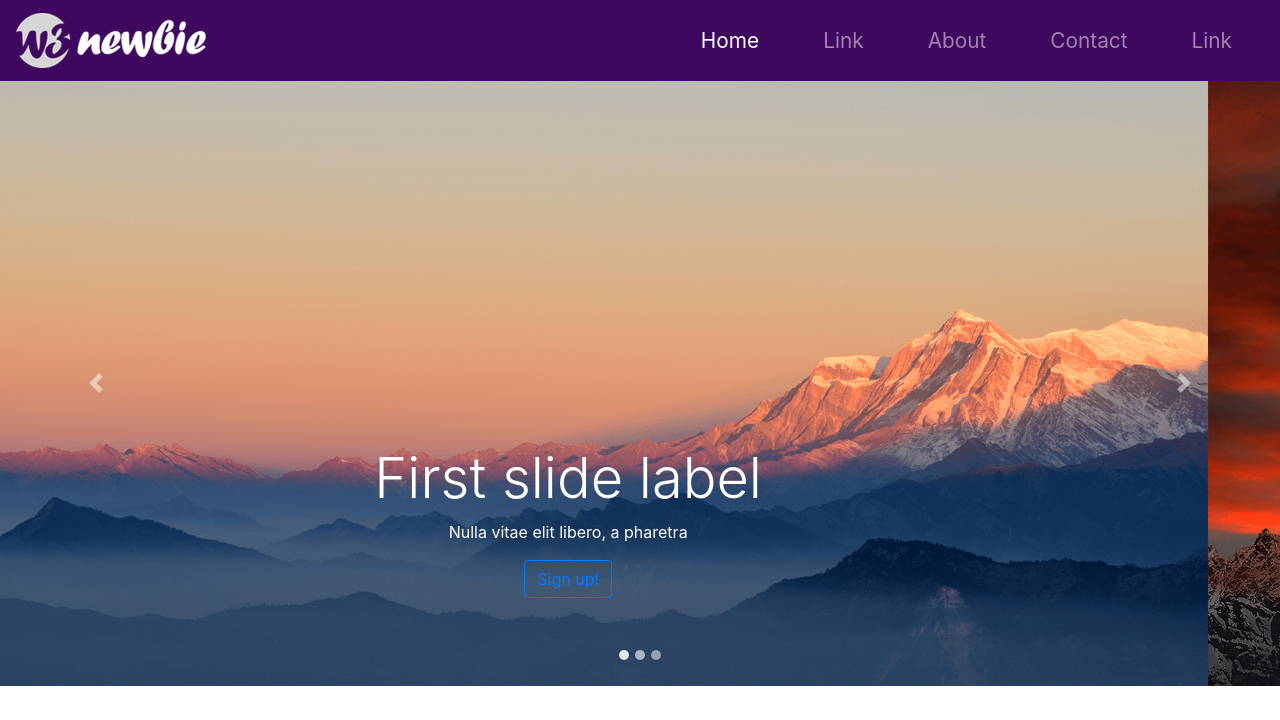
Repository: Mietlicha/bootstrap-project
Page: Bootstrap Website Files/index.html
These files come from the project's save history. The page is drawn as it stood at one moment and after the next save; the edit follows.
The browser window is 1280 px wide. The pictures show the whole page.

Above is the page before, as saved 2019-10-28 21:50:52.

### Bootstrap Website Files/index.html
<!DOCTYPE html>
<html lang="en">

<head>
  <title>Bootstrap Website Tutorial</title>
  <meta charset="utf-8">
  <meta name="viewport" content="width=device-width, initial-scale=1">
  <link rel="stylesheet" href="https://stackpath.bootstrapcdn.com/bootstrap/4.3.1/css/bootstrap.min.css"
    integrity="sha384-ggOyR0iXCbMQv3Xipma34MD+dH/1fQ784/j6cY/iJTQUOhcWr7x9JvoRxT2MZw1T" crossorigin="anonymous">
  <link rel="stylesheet" href="https://cdnjs.cloudflare.com/ajax/libs/font-awesome/4.7.0/css/font-awesome.min.css">
  <link rel="stylesheet" href="..//style.css">
</head>

<body>
  <!--Navbar-->
  <nav class="navbar navbar-expand-md navbar-dark bg-violet">
    <a class="navbar-brand" href="#"><img src="img/w3newbie.png" alt="logo"></a>
    <button class="navbar-toggler" type="button" data-toggle="collapse" data-target="#navbarSupportedContent"
      aria-controls="navbarSupportedContent" aria-expanded="false" aria-label="Toggle navigation">
      <span class="navbar-toggler-icon"></span>
    </button>

    <div class="collapse navbar-collapse" id="navbarSupportedContent">
      <ul class="navbar-nav ml-auto">
        <li class="nav-item active">
          <a class="nav-link" href="#">Home <span class="sr-only">(current)</span></a>
        </li>
        <li class="nav-item">
          <a class="nav-link" href="#">Link</a>
        </li>
        <li class="nav-item">
          <a class="nav-link" href="#">About</a>
        </li>
        <li class="nav-item">
          <a class="nav-link" href="#">Contact</a>
        </li>
        <li class="nav-item">
          <a class="nav-link" href="#">Link</a>
        </li>
      </ul>
    </div>
  </nav>

   <!--Slider-->
   <div id="carouselExampleIndicators" class="carousel slide" data-ride="carousel">
      <ol class="carousel-indicators">
        <li data-target="#carouselExampleIndicators" data-slide-to="0" class="active"></li>
        <li data-target="#carouselExampleIndicators" data-slide-to="1"></li>
        <li data-target="#carouselExampleIndicators" data-slide-to="2"></li>
      </ol>
      <div class="carousel-inner">
        <div class="carousel-item active">
          <img src="img/mountains.png" class="d-block w-100" alt="mountains">
          <div class="carousel-caption d-none d-md-block">
              <h1 class="display-4">First slide label</h1>
              <p>Nulla vitae elit libero, a pharetra</p>
              <button type="button" class="btn btn-outline-primary mb-5">Sign up!</button>
            </div>
        </div>
        <div class="carousel-item">
          <img src="img/red.png" class="d-block w-100" alt="dusk at mountains">
        </div>
        <div class="carousel-item">
          <img src="img/snow.png" class="d-block w-100" alt="snowy mountains">
        </div>
      </div>
      <a class="carousel-control-prev" href="#carouselExampleIndicators" role="button" data-slide="prev">
        <span class="carousel-control-prev-icon" aria-hidden="true"></span>
        <span class="sr-only">Previous</span>
      </a>
      <a class="carousel-control-next" href="#carouselExampleIndicators" role="button" data-slide="next">
        <span class="carousel-control-next-icon" aria-hidden="true"></span>
        <span class="sr-only">Next</span>
      </a>
    </div>

  <script src="https://code.jquery.com/jquery-3.3.1.slim.min.js"
    integrity="sha384-q8i/X+965DzO0rT7abK41JStQIAqVgRVzpbzo5smXKp4YfRvH+8abtTE1Pi6jizo"
    crossorigin="anonymous"></script>
  <script src="https://cdnjs.cloudflare.com/ajax/libs/popper.js/1.14.7/umd/popper.min.js"
    integrity="sha384-UO2eT0CpHqdSJQ6hJty5KVphtPhzWj9WO1clHTMGa3JDZwrnQq4sF86dIHNDz0W1"
    crossorigin="anonymous"></script>
  <script src="https://stackpath.bootstrapcdn.com/bootstrap/4.3.1/js/bootstrap.min.js"
    integrity="sha384-JjSmVgyd0p3pXB1rRibZUAYoIIy6OrQ6VrjIEaFf/nJGzIxFDsf4x0xIM+B07jRM"
    crossorigin="anonymous"></script>
</body>

</html>

### style.css
*{
    box-sizing: border-box;
}

body{
    margin: 0;
    padding: 0;
}

/*Navbar*/
.bg-violet{
    background-color: rgb(63, 8, 95);
}

.nav-item{
    padding: 0 1.5rem;
    font-size: 1.3rem;
}

.navbar-dark .navbar-nav .nav-link:hover {
    color: rgb(255,255,255);
}

/*Slider*/
.carousel-indicators > li {
    width: 10px;
    height: 10px;
    border-radius: 50%;
  }

After the next save:
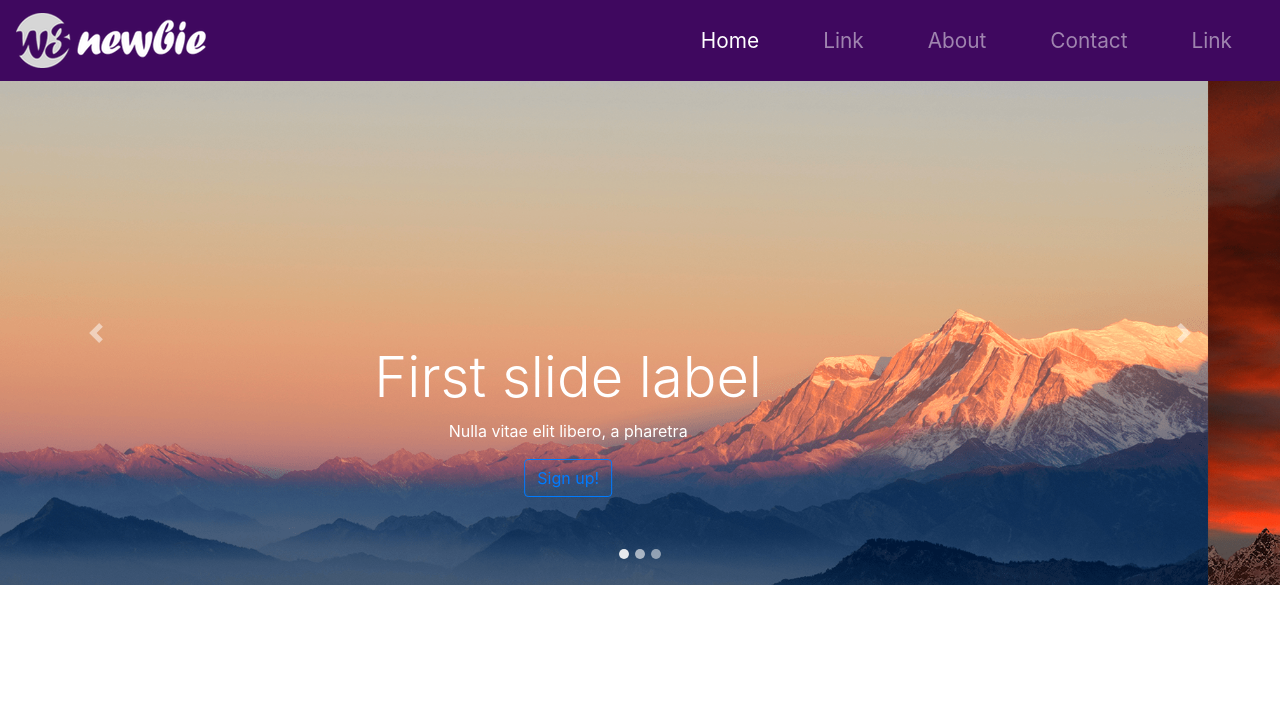
Saved 80 s later.
--- a/style.css
+++ b/style.css
@@ -22,6 +22,11 @@
 }
 
 /*Slider*/
+
+.carousel-item{
+    width: 100%;
+    height: 70vh;
+}
 .carousel-indicators > li {
     width: 10px;
     height: 10px;
